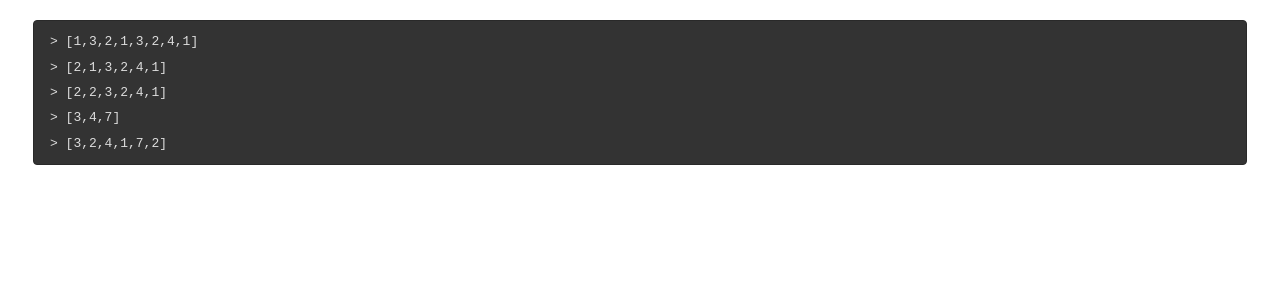
Repository: betaWeb/twicejs
Page: index.html
The author's editor kept a copy of each file at every save. The page is drawn from the files as they stood at one save, then again after a run of saves.
The browser window is 1280 px wide. The pictures show the whole page.

Above is the page before, as saved 2019-12-12 14:32:31.

After the next 2 saves:
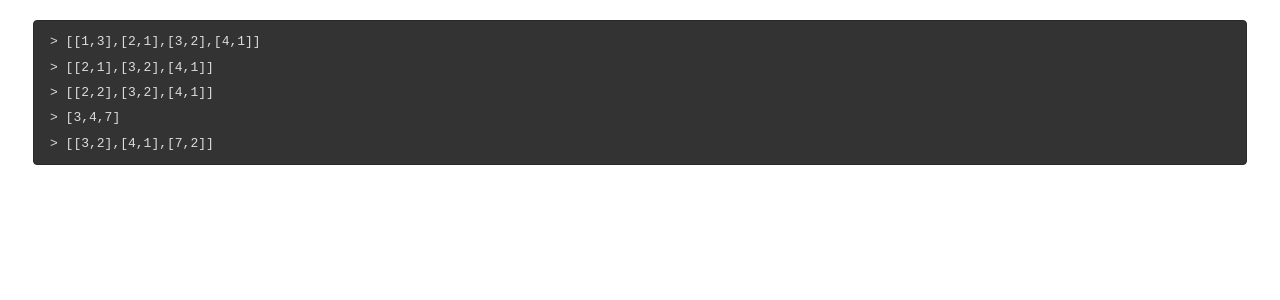
The 2 saves are shown as one change because they came seconds apart.
The last was saved 45 s later.
--- a/index.html
+++ b/index.html
@@ -43,7 +43,7 @@
             const $pre = document.querySelector('#app .code')
             const print = str => {
                 const $code = document.createElement('code')
-                $code.innerHTML = '> [' + str + ']'
+                $code.innerHTML = '> ' + JSON.stringify(str)
                 $pre.appendChild($code)
             }
             let set = new window.TwiceJS
